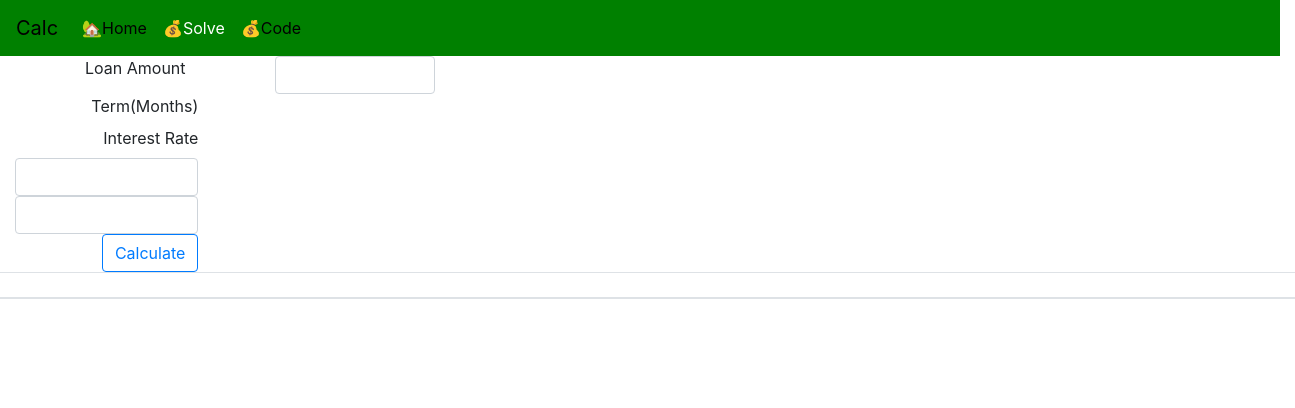
Repository: zhadjah9559/MortgageManager
Page: solve.html
The author's editor kept a copy of each file at every save. The page is drawn from the files as they stood at one save, then again after a run of saves.
The browser window is 1280 px wide. The page is 1295 px wide, so the pictures cover 1295 px, including what lies to the right of the window. The pictures show the whole page.

Above is the page before, as saved 2021-01-15 16:51:22.

### solve.html
<!doctype html>
<html lang="en">
  <head>
    <title>Mortgage Loan Calculator</title>
    <!-- Required meta tags -->
    <meta charset="utf-8">
    <meta name="viewport" content="width=device-width, initial-scale=1, shrink-to-fit=no">

    <!-- Bootstrap CSS -->
    <link rel="stylesheet" href="https://stackpath.bootstrapcdn.com/bootstrap/4.3.1/css/bootstrap.min.css" integrity="sha384-ggOyR0iXCbMQv3Xipma34MD+dH/1fQ784/j6cY/iJTQUOhcWr7x9JvoRxT2MZw1T" crossorigin="anonymous">
    <link rel="stylesheet" href="css/custom.css">
    <link rel="stylesheet" href="css/prism.css">
  </head>
  <body>

    <nav class="navbar navbar-expand-sm navbar-dark" style="background-color: green;">
        <a class="navbar-brand" href="#">Calc</a>
        <button class="navbar-toggler d-lg-none" type="button" data-toggle="collapse" data-target="#collapsibleNavId" aria-controls="collapsibleNavId"
            aria-expanded="false" aria-label="Toggle navigation"></button>
        <div class="collapse navbar-collapse" id="collapsibleNavId">
            <ul class="navbar-nav mr-auto mt-2 mt-lg-0">
                <li class="nav-item ">
                    <a class="nav-link" href="index.html">🏡Home </a>
                </li>
                <li class="nav-item active">
                    <a class="nav-link" href="solve.html">💰Solve <span class="sr-only">(current)</span></a>
                </li>
                <li class="nav-item">
                    <a class="nav-link" href="code.html">💰Code</a>
                </li>
            </ul>
        </div>
    </nav>

    <div class="container">
        <!--Input column-->
        <div class="row">
            <div class="col-2">
                <label for="Loan Amount">Loan Amount</label>
            </div>
            <div class="col-2">
                <input type="number" class="form-control" id="loanAmount">
            </div>


        </div>
    </div>
                <!--Label Columns-->
                <div class="col-2 text-right">
                    <label for="Term">Term(Months)</label>
                    <label for="Interest Rate">Interest Rate</label>
                </div>

                <!--Label Inputs-->
                <div class="col-2 text-right">
                    <input type="number" class="form-control" id="months">
                    <input type="number" class="form-control" id="interestRate">
                    <button class="btn btn-outline-primary" type="submit" onclick="calculateLoan()">Calculate</button>
                </div>



            <!--Display output column-->
            <div class="col-md">

            </div>


        <div class="row">
            <table class="table table-striped">
                <thead>
                    <tr>
                        <th></th>
                        <th></th>
                        <th></th>
                        <th></th>
                        <th></th>
                        <th></th>
                    </tr>
                </thead>
                <tbody id="tBody">

                </tbody>
            </table>
        </div>
    </div>

    <!-- Optional JavaScript -->
    <!-- jQuery first, then Popper.js, then Bootstrap JS -->
    <script src="https://code.jquery.com/jquery-3.3.1.slim.min.js" integrity="sha384-q8i/X+965DzO0rT7abK41JStQIAqVgRVzpbzo5smXKp4YfRvH+8abtTE1Pi6jizo" crossorigin="anonymous"></script>
    <script src="https://cdnjs.cloudflare.com/ajax/libs/popper.js/1.14.7/umd/popper.min.js" integrity="sha384-UO2eT0CpHqdSJQ6hJty5KVphtPhzWj9WO1clHTMGa3JDZwrnQq4sF86dIHNDz0W1" crossorigin="anonymous"></script>
    <script src="https://stackpath.bootstrapcdn.com/bootstrap/4.3.1/js/bootstrap.min.js" integrity="sha384-JjSmVgyd0p3pXB1rRibZUAYoIIy6OrQ6VrjIEaFf/nJGzIxFDsf4x0xIM+B07jRM" crossorigin="anonymous"></script>
    <script src="js/custom.js"></script>
    <script src="js/prism.js"></script>
  </body>
</html>

### css/custom.css
.navbar-dark .navbar-nav .active>.nav-link{
    color:white;
}
.navbar-dark .navbar-nav .nav-link{
    color:black;
}
.navbar .navbar-brand{
    color:black;
}

### css/prism.css
/* PrismJS 1.23.0
https://prismjs.com/download.html#themes=prism-okaidia&languages=markup+css+clike+javascript&plugins=normalize-whitespace */
/**
 * okaidia theme for JavaScript, CSS and HTML
 * Loosely based on Monokai textmate theme by http://www.monokai.nl/
 * @author ocodia
 */

code[class*="language-"],
pre[class*="language-"] {
	color: #f8f8f2;
	background: none;
	text-shadow: 0 1px rgba(0, 0, 0, 0.3);
	font-family: Consolas, Monaco, 'Andale Mono', 'Ubuntu Mono', monospace;
	font-size: 1em;
	text-align: left;
	white-space: pre;
	word-spacing: normal;
	word-break: normal;
	word-wrap: normal;
	line-height: 1.5;

	-moz-tab-size: 4;
	-o-tab-size: 4;
	tab-size: 4;

	-webkit-hyphens: none;
	-moz-hyphens: none;
	-ms-hyphens: none;
	hyphens: none;
}

/* Code blocks */
pre[class*="language-"] {
	padding: 1em;
	margin: .5em 0;
	overflow: auto;
	border-radius: 0.3em;
}

:not(pre) > code[class*="language-"],
pre[class*="language-"] {
	background: #272822;
}

/* Inline code */
:not(pre) > code[class*="language-"] {
	padding: .1em;
	border-radius: .3em;
	white-space: normal;
}

.token.comment,
.token.prolog,
.token.doctype,
.token.cdata {
	color: #8292a2;
}

.token.punctuation {
	color: #f8f8f2;
}

.token.namespace {
	opacity: .7;
}

.token.property,
.token.tag,
.token.constant,
.token.symbol,
.token.deleted {
	color: #f92672;
}

.token.boolean,
.token.number {
	color: #ae81ff;
}

.token.selector,
.token.attr-name,
.token.string,
.token.char,
.token.builtin,
.token.inserted {
	color: #a6e22e;
}

.token.operator,
.token.entity,
.token.url,
.language-css .token.string,
.style .token.string,
.token.variable {
	color: #f8f8f2;
}

.token.atrule,
.token.attr-value,
.token.function,
.token.class-name {
	color: #e6db74;
}

.token.keyword {
	color: #66d9ef;
}

.token.regex,
.token.important {
	color: #fd971f;
}

.token.important,
.token.bold {
	font-weight: bold;
}
.token.italic {
	font-style: italic;
}

.token.entity {
	cursor: help;
}

### js/custom.js
function calculateLoan(){
    let loanAmount = parseInt( document.getElementById("loanAmount").value )
    let months = parseInt( document.getElementById("months").value )
    //DONT FORGET TO CONVERT THIS TO A PERCENTAGE
    let interestRate = parseInt( document.getElementById("interestRate").value )

    //input validation to make sure interest is solid number
    if(interestRate >= 100){

    }


}

Loaded but not shown: js/prism.js (library)

After the next 5 saves:
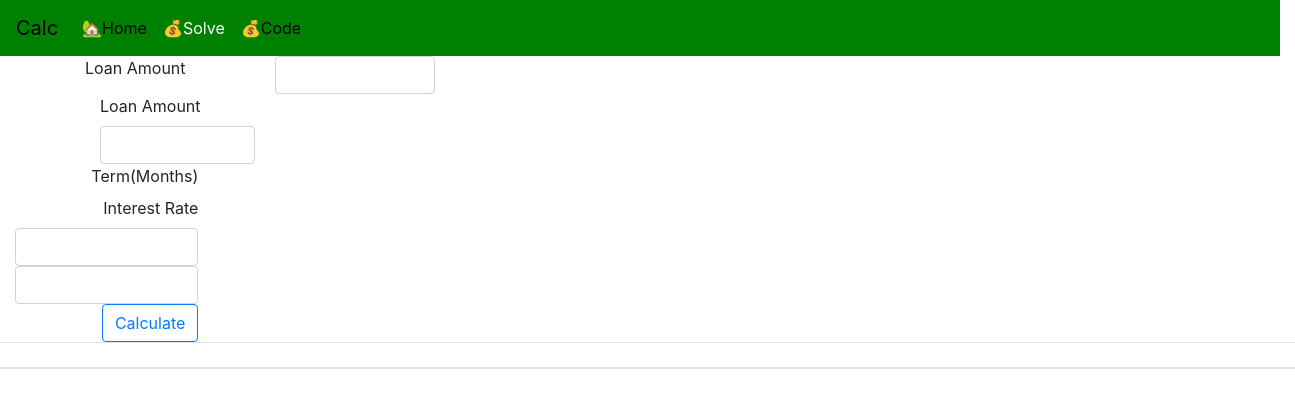
The 5 saves are shown as one change because they came seconds apart.
The last was saved 15 s later.
--- a/solve.html
+++ b/solve.html
@@ -33,7 +33,7 @@
     </nav>
 
     <div class="container">
-        <!--Input column-->
+
         <div class="row">
             <div class="col-2">
                 <label for="Loan Amount">Loan Amount</label>
@@ -41,9 +41,16 @@
             <div class="col-2">
                 <input type="number" class="form-control" id="loanAmount">
             </div>
+        </div>
+
+        <div class="col-2">
+            <label for="Loan Amount">Loan Amount</label>
+        </div>
+        <div class="col-2">
+            <input type="number" class="form-control" id="loanAmount">
+        </div>
 
 
-        </div>
     </div>
                 <!--Label Columns-->
                 <div class="col-2 text-right">
